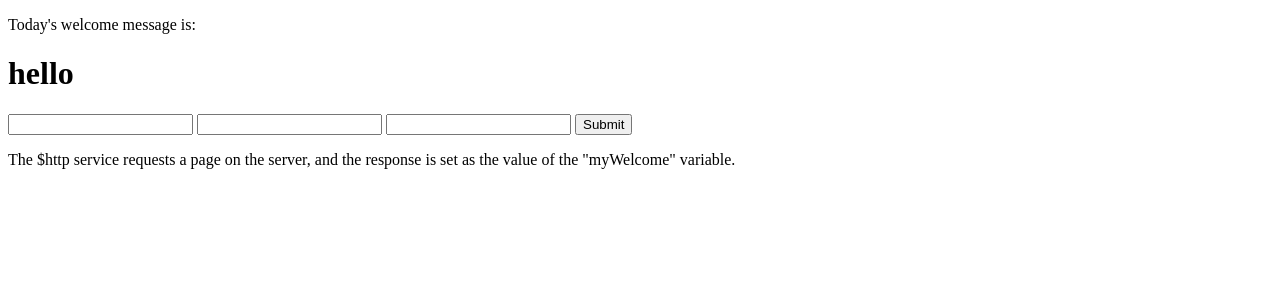
Repository: Sourabh33/ProjectThirdRepo
Page: http://localhost/Traning_Management/
An editor plug-in stored every save of this project. The page is shown before and after the next save, followed by the edit.
The browser window is 1280 px wide. The pictures show the whole page.
Some web libraries are served in a nearby version. The page is served by Tomcat 9.

Above is the page before, as saved 2016-11-09 13:55:05.

After the next save:
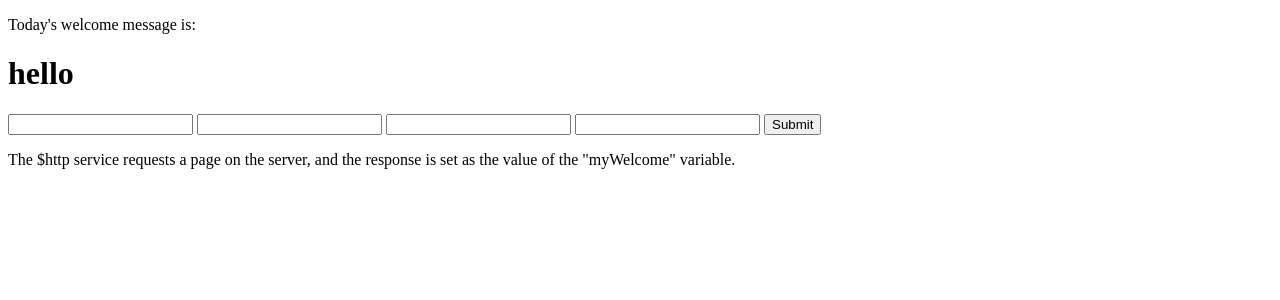
Saved 44 s later.
--- a/Training Management Project/Traning_Management/src/main/webapp/index.jsp
+++ b/Training Management Project/Traning_Management/src/main/webapp/index.jsp
@@ -10,7 +10,7 @@
 <h1>{{msg}}</h1>
 {{myWelcome}}
 <form ng-submit="myMethod()">
-<input type="hidden" ng-model="user.adminId">
+<input type="text" ng-model="user.adminId">
 <input type="text" ng-model="user.adminEmailId">
 <input type="text" ng-model="user.adminName">
 <input type="text" ng-model="user.adminPassword">

After the save that followed:
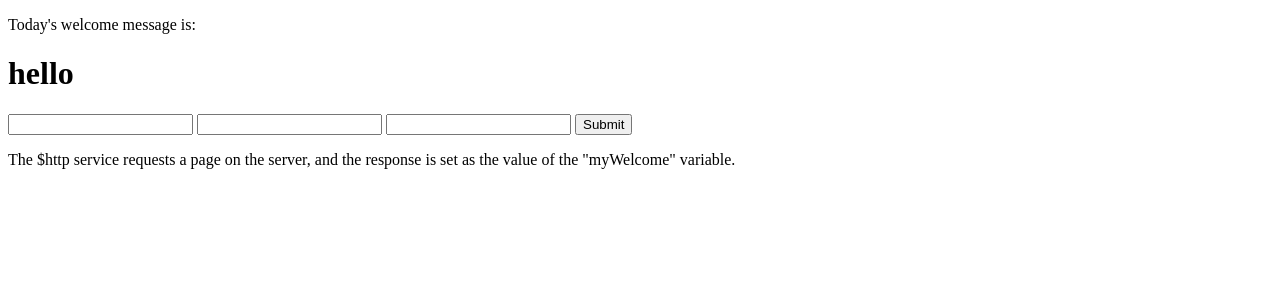
Saved 81 s later.
--- a/Training Management Project/Traning_Management/src/main/webapp/index.jsp
+++ b/Training Management Project/Traning_Management/src/main/webapp/index.jsp
@@ -10,7 +10,7 @@
 <h1>{{msg}}</h1>
 {{myWelcome}}
 <form ng-submit="myMethod()">
-<input type="text" ng-model="user.adminId">
+<input type="hidden" ng-model="user.adminId">
 <input type="text" ng-model="user.adminEmailId">
 <input type="text" ng-model="user.adminName">
 <input type="text" ng-model="user.adminPassword">
@@ -33,10 +33,9 @@
 		      $scope.myWelcome = response.data;
 		  });
 	}
-
 	 $scope.myMethod=function(){
 		alert("method called...");
-		 $http.post("http://localhost:8808/TrainingManagementSystem/admin/detail/",$scope.user.adminid)
+		 $http.post("http://localhost:8808/TrainingManagementSystem/admin/create/",$scope.user)
 		  .then(function(response) {
 			  alert("response called...");
 			  $scope.fetchData();
